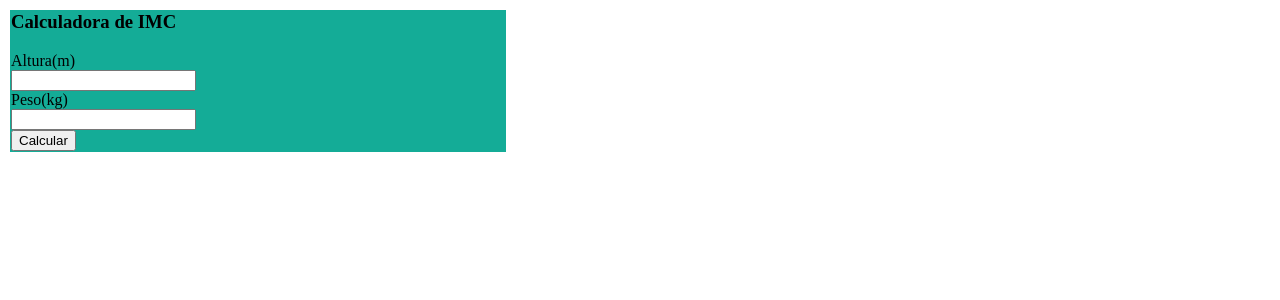
Repository: Patriciamativi/Projetos
Page: index.html
An editor plug-in stored every save of this project. The page is shown before and after the next save, followed by the edit.
The browser window is 1280 px wide. The pictures show the whole page.

Above is the page before, as saved 2022-11-21 14:44:40.

After the next save:
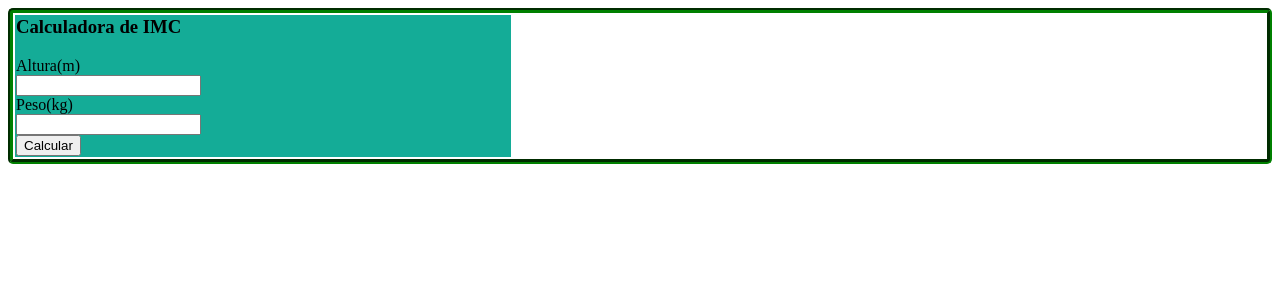
Saved 5 s later.
--- a/index.html
+++ b/index.html
@@ -6,7 +6,7 @@
         <style type="text/css">
 
             p {
-                border: 5px g green;
+                border: 5px groove green;
                 border-radius: 5px;
 
             }

After the save that followed:
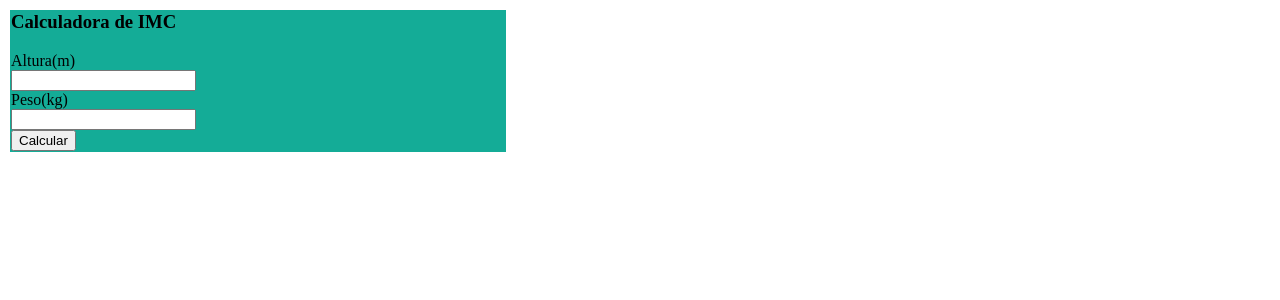
Saved 6 s later.
--- a/index.html
+++ b/index.html
@@ -6,7 +6,7 @@
         <style type="text/css">
 
             p {
-                border: 5px groove green;
+                border: 5px groove border green;
                 border-radius: 5px;
 
             }
